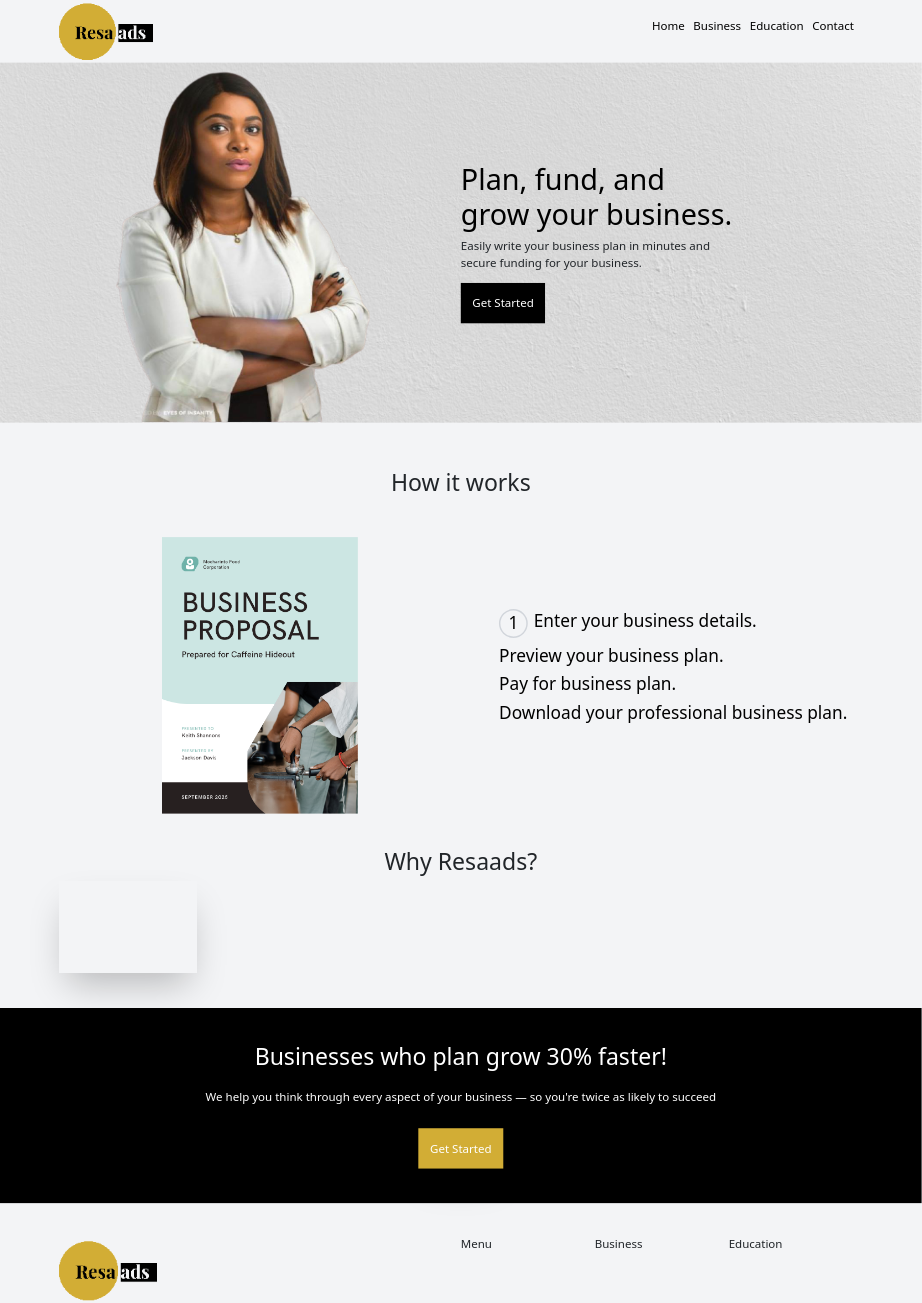
Repository: latenightsnacc/resaads-consults
Page: index.html
These files come from the project's save history. The page is drawn as it stood at one moment and after the next save; the edit follows.
The browser window is 1280 px wide. The pictures show the whole page, at 72% of full size.
Some web libraries are served in a nearby version.

Above is the page before, as saved 2021-08-05 12:15:32.

After the next save:
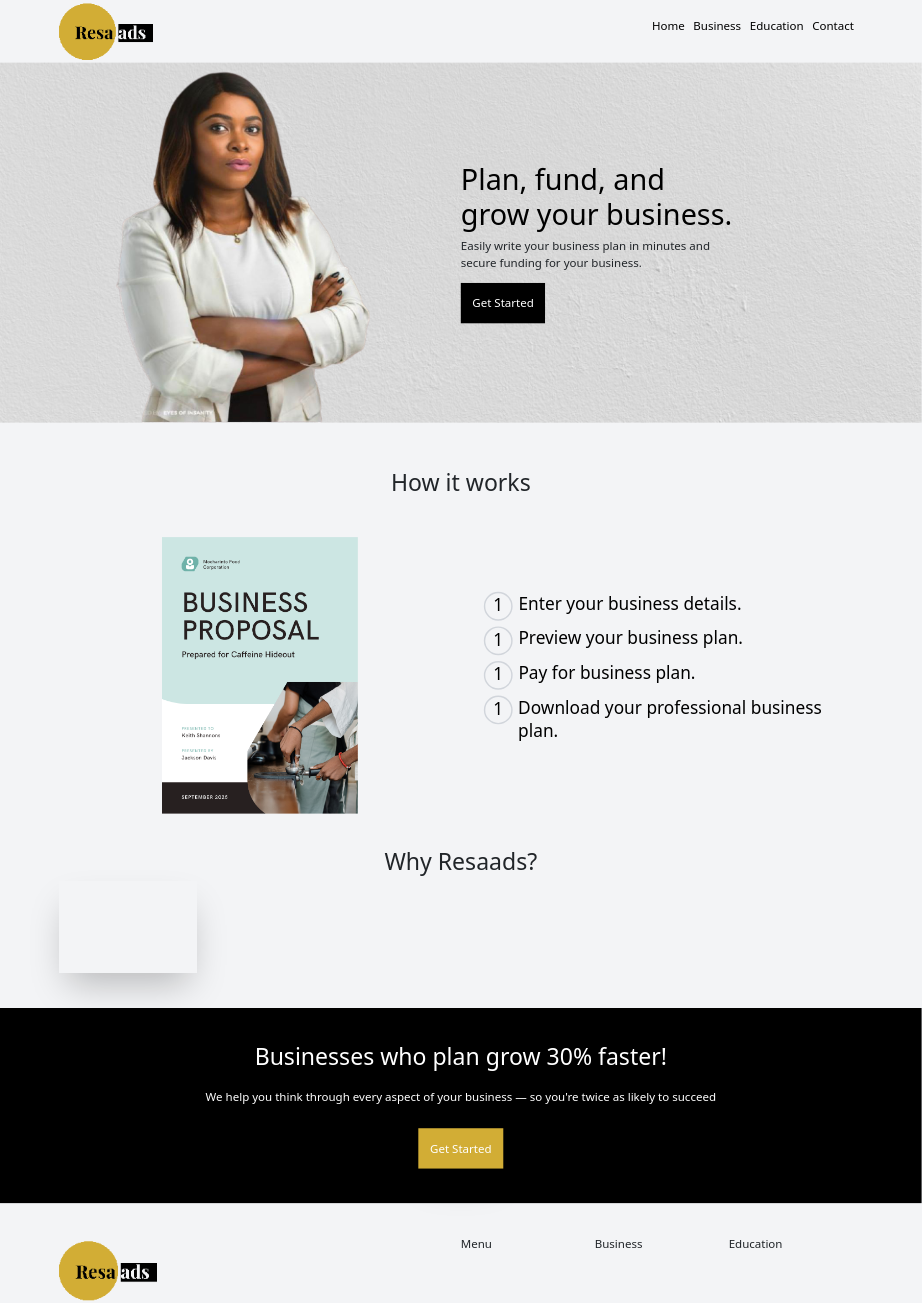
Saved 79 s later.
--- a/index.html
+++ b/index.html
@@ -93,9 +93,16 @@
                                 <li class="mb-2 text-black flex flex-row group">
                                     <span class="d-block w-10 h-10 border-gray-300 border-2 rounded-full text-center pb-3 mr-2 group-hover:border-yellow-800">1</span><span>Enter your business details.</span>
                                 </li>
-                                <li class="mb-2 text-black">Preview your business plan.</li>
-                                <li class="mb-2 text-black">Pay for business plan.</li>
-                                <li class="mb-2 text-black">Download your professional business plan.</li>
+                                <li class="mb-2 text-black flex flex-row group">
+                                    <span class="d-block w-10 h-10 border-gray-300 border-2 rounded-full text-center pb-3 mr-2 group-hover:border-yellow-800">1</span><span>Preview your business plan.</span>
+                                </li>
+                                <li class="mb-2 text-black flex flex-row group">
+                                    <span class="d-block w-10 h-10 border-gray-300 border-2 rounded-full text-center pb-3 mr-2 group-hover:border-yellow-800">1</span><span>Pay for business plan.</span>
+                                </li>
+                                <li class="mb-2 text-black flex flex-row group">
+                                    <span class="d-block w-10 h-10 border-gray-300 border-2 rounded-full text-center pb-3 mr-2 group-hover:border-yellow-800">1</span><span>Download your professional business plan.</span>
+                                </li>
+
                             </ol>
                         </div>
                     </div>
